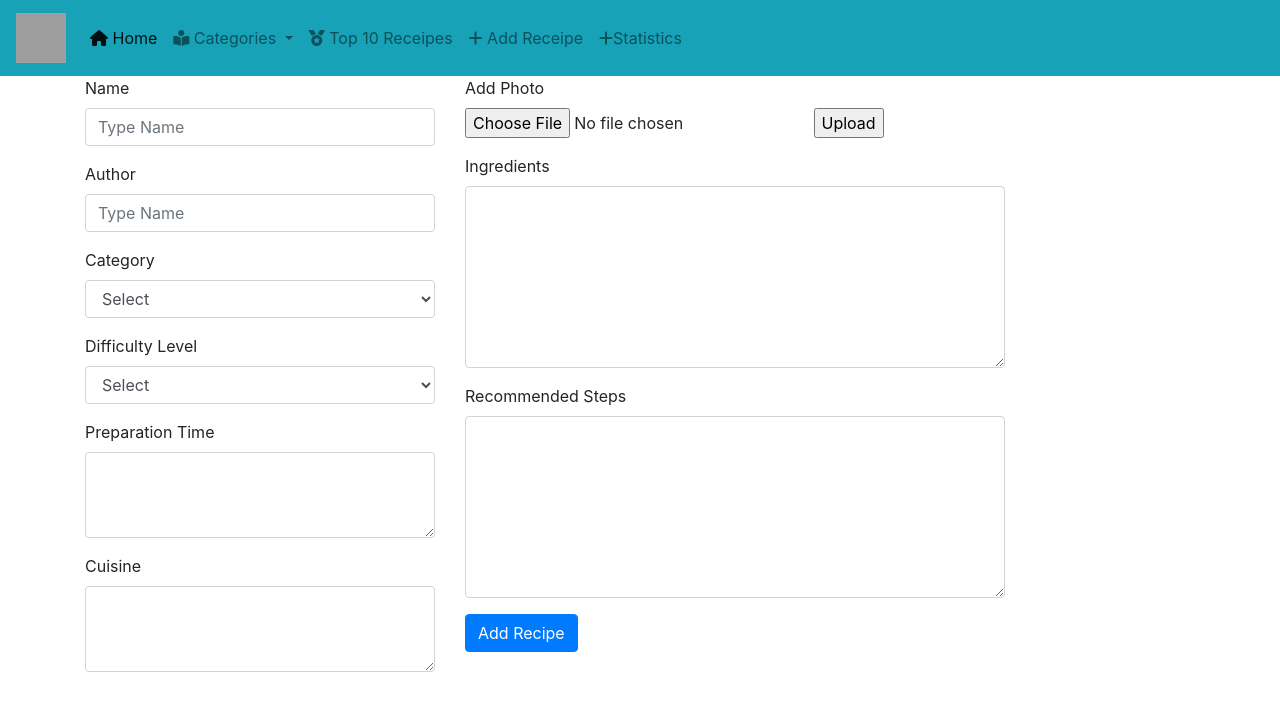
Repository: toderas/Flask-Cook-Book
Page: templates/addrecipe.html
The author's editor kept a record of every edit. The page is drawn from the files as they stood at one moment, then again after the next edit.
The browser window is 1280 px wide. The pictures show the whole page.
Pictures or frames that could not be fetched are drawn as grey boxes. Some web libraries are served in a nearby version. The page is served by the project's application, run on Flask 3 (cookbook.py). The template is opened directly, without the code that normally fills it, so the values that code supplies are empty.

Above is the page before.

### templates/addrecipe.html
{% extends 'home.html'%} {% block content %}
<div class="container">
  <form action="{{url_for('insert_recipe')}}" method="POST" enctype="multipart/form-data">
    <div class="row">
      <div class="col-12 col-md-4">
        <div class="form-group">
          <label for="exampleFormControlSelect1">Name</label>
          <input type="text" required class="form-control" id="dish_name" name="dish_name" placeholder="Type Name">
        </div>
        <div class="form-group">
          <label for="exampleFormControlSelect1">Author</label>
          <input type="text" class="form-control" id="dish_author" name="dish_author" placeholder="Type Name">
        </div>
        <div class="form-group">
          <label for="exampleFormControlSelect1">Category</label>
          <select class="form-control" id="categories" name="category_name">
            <option value="" selected disabled>Select</option>
            {% for course in categories %}
              <option value="{{course.category_name}}">{{course.category_name}}</option>
            {% endfor %}
          </select>
        </div>
        <div class="form-group">
          <label for="dish_required_skill">Difficulty Level</label>
          <select class="form-control" id="dish_required_skill" name="dish_required_skill">
      <option selected disabled>Select</option>
      {% for required in skills %}
                      <option value="{{required.skill_name}}">{{required.skill_name}}</option>
                  {% endfor %}
    </select>
        </div>

        <div class="form-group">
          <label for="exampleFormControlTextarea1">Preparation Time</label>
          <textarea class="form-control" name="dish_prep_time" id="exampleFormControlTextarea1" rows="3"></textarea>
        </div>
        <div class="form-group">
          <label for="exampleFormControlTextarea1">Cuisine</label>
          <textarea name="dish_origin_cuisine" class="form-control" id="exampleFormControlTextarea1" rows="3"></textarea>
        </div>

      </div>
      <div class="col-md-6">

        <!--Picture Upload -->
       <label for="exampleFormControlTextarea1">Add Photo</label>
        <form action="" method="POST" enctype="multipart/form-data">
          <p><input type=file name=file id="upload_file">
            <input type=submit value=Upload>
        </form>
        <div class="form-group">
          <label for="exampleFormControlTextarea1">Ingredients</label>
          <textarea class="form-control" name="dish_ingredients" id="exampleFormControlTextarea1" rows="7"></textarea>
        </div>
        <div class="form-group">
          <label for="exampleFormControlTextarea1">Recommended Steps</label>
          <textarea class="form-control" name="dish_preparation_steps" id="exampleFormControlTextarea1" rows="7"></textarea>
        </div>
        <button class="btn btn-primary" type="submit">Add Recipe</button>
      </div>
    </div>
  </form>
</div>

{% endblock %}

### templates/home.html
<!DOCTYPE html>
<html lang="en">

<head>
  <meta charset="UTF-8">
  <meta name="viewport" content="width=device-width, initial-scale=1.0">
  <meta http-equiv="X-UA-Compatible" content="ie=edge">
  <!--CSS-->
  <link rel="stylesheet" href="{{url_for('static', filename='css/style.css')}}" type="text/css" />
  <!--Bootstrap-->
  <link rel="stylesheet" href="https://stackpath.bootstrapcdn.com/bootstrap/4.1.3/css/bootstrap.min.css" integrity="sha384-MCw98/SFnGE8fJT3GXwEOngsV7Zt27NXFoaoApmYm81iuXoPkFOJwJ8ERdknLPMO" crossorigin="anonymous">

  <title>Document</title>
</head>

<body>
  <nav class="navbar navbar-expand-lg navbar-light bg-info">
    <a class="navbar-brand" href="{{url_for('recipes')}}"><img class="logo-image" alt="chef logo" src="https://encrypted-tbn0.gstatic.com/images?q=tbn:ANd9GcRTUhnKjobAOjmlVUzxfUoGj2VBu2mOXKPmnmZjkuTfKeNhWaxOfg"></img></a>
    <button class="navbar-toggler" type="button" data-toggle="collapse" data-target="#navbarNavDropdown" aria-controls="navbarNavDropdown" aria-expanded="false" aria-label="Toggle navigation">
    <span class="navbar-toggler-icon"></span>
  </button>
    <div class="collapse navbar-collapse" id="navbarNavDropdown">
      <ul class="navbar-nav">
        <li class="nav-item active">
          <a class="nav-link" href="{{url_for('recipes')}}"> <i class="fas fa-home"></i> Home <span class="sr-only">(current)</span></a>
        </li>
        <li class="nav-item dropdown">
          <a class="nav-link dropdown-toggle" href="#" id="navbarDropdownMenuLink" role="button" data-toggle="dropdown" aria-haspopup="true" aria-expanded="false">
           <i class="fas fa-book-reader"></i> Categories
        </a>
          <div class="dropdown-menu" aria-labelledby="navbarDropdownMenuLink">
            <a class="dropdown-item" href="{{url_for('aperitif')}}">Aperitifs</a>
            <a class="dropdown-item" href="{{url_for('starter')}}">Starters</a>
            <a class="dropdown-item" href="{{url_for('intermediate')}}">Intermediate</a>
            <a class="dropdown-item" href="{{url_for('main')}}">Mains</a>
            <a class="dropdown-item" href="{{url_for('dessert')}}">Desserts</a>
          </div>
        </li>
        <li class="nav-item">
          <a class="nav-link" href="{{url_for('top_ten')}}"> <i class="fas fa-medal"></i> Top 10 Receipes</a>
        </li>
        <li class="nav-item">
          <a class="nav-link" href="{{url_for('addrecipe')}}"><i class="fas fa-plus"></i> Add Receipe</a>
        </li>
        <li class="nav-item">
          <a class="nav-link" href="{{url_for('show_chart')}}"><i class="fas fa-plus"></i>Statistics</a>
        </li>
      </ul>
    </div>
  </nav>
  {% block content %} {% endblock %}

</body>
<!--Font Awesome-->
<script src="https://kit.fontawesome.com/9e425c7d13.js"></script>
<!--Bootstrap js-->
<script src="https://code.jquery.com/jquery-3.3.1.slim.min.js" integrity="sha384-q8i/X+965DzO0rT7abK41JStQIAqVgRVzpbzo5smXKp4YfRvH+8abtTE1Pi6jizo" crossorigin="anonymous"></script>
<script src="https://cdnjs.cloudflare.com/ajax/libs/popper.js/1.14.3/umd/popper.min.js" integrity="sha384-ZMP7rVo3mIykV+2+9J3UJ46jBk0WLaUAdn689aCwoqbBJiSnjAK/l8WvCWPIPm49" crossorigin="anonymous"></script>
<script src="https://stackpath.bootstrapcdn.com/bootstrap/4.1.3/js/bootstrap.min.js" integrity="sha384-ChfqqxuZUCnJSK3+MXmPNIyE6ZbWh2IMqE241rYiqJxyMiZ6OW/JmZQ5stwEULTy" crossorigin="anonymous"></script>

</html>

### cookbook.py
import os
from flask import Flask, render_template, redirect, request, url_for, request
from flask_pymongo import PyMongo
from bson.objectid import ObjectId

app=Flask(__name__)

app.config["MONGO_DBNAME"] = 'cook-book'
app.config["MONGO_URI"] = 'mongodb+srv://tode:1Martie1998@myfirstcluster-dxyoc.mongodb.net/cook-book?retryWrites=true&w=majority'

mongo = PyMongo(app)



@app.route("/")
def hello():
    return "Hello World!"



if __name__ == '__main__':
    app.run(host=os.environ.get('IP'),
            port=int(os.environ.get('PORT')),
            debug=True)

#if __name__ == '__main__':
  #  app.run(host='0.0.0.0', port=8080, debug=True)

### static/css/style.css
.logo-image {
    width: 50px;
    height: 50px;
}
.list-inline-item:not(:last-child) {
    margin: 0 !important;
}

After the next edit:
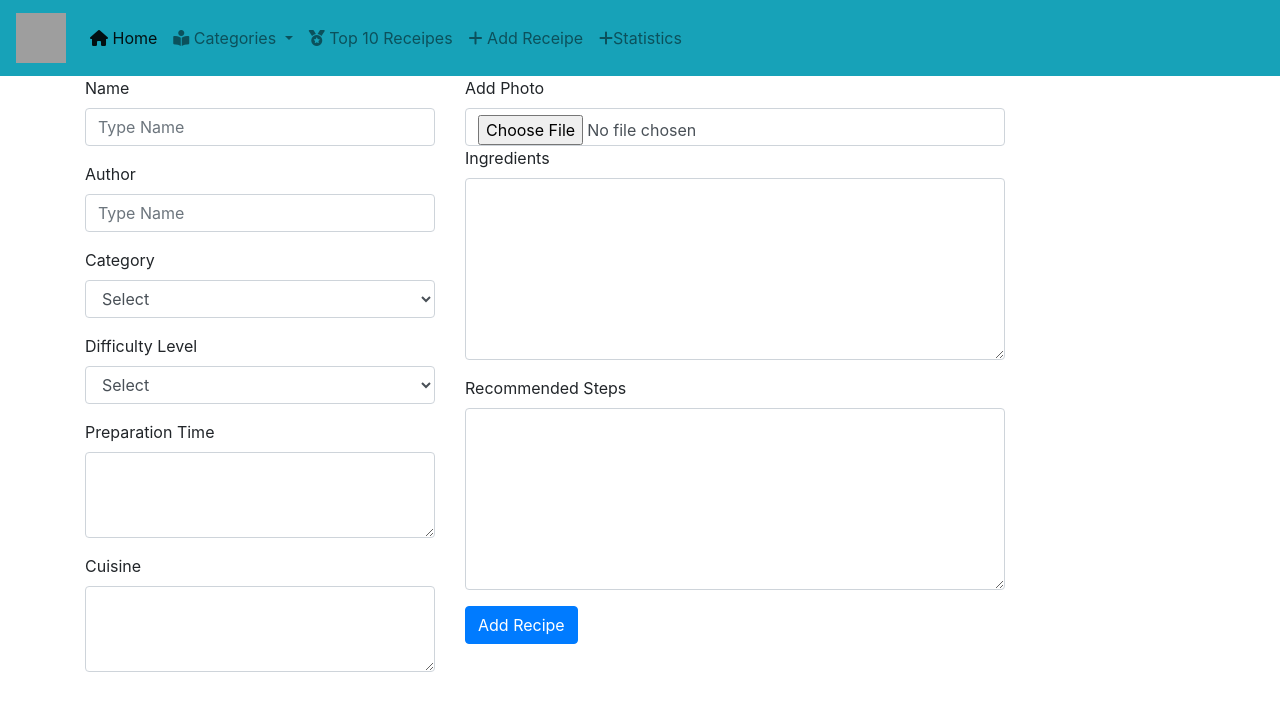
The edit:
--- a/templates/addrecipe.html
+++ b/templates/addrecipe.html
@@ -44,10 +44,9 @@
 
         <!--Picture Upload -->
        <label for="exampleFormControlTextarea1">Add Photo</label>
-        <form action="" method="POST" enctype="multipart/form-data">
-          <p><input type=file name=file id="upload_file">
-            <input type=submit value=Upload>
-        </form>
+        <form>
+          <input class="form-control" type="file" name="dish_photo" id="upload_file">
+
         <div class="form-group">
           <label for="exampleFormControlTextarea1">Ingredients</label>
           <textarea class="form-control" name="dish_ingredients" id="exampleFormControlTextarea1" rows="7"></textarea>
